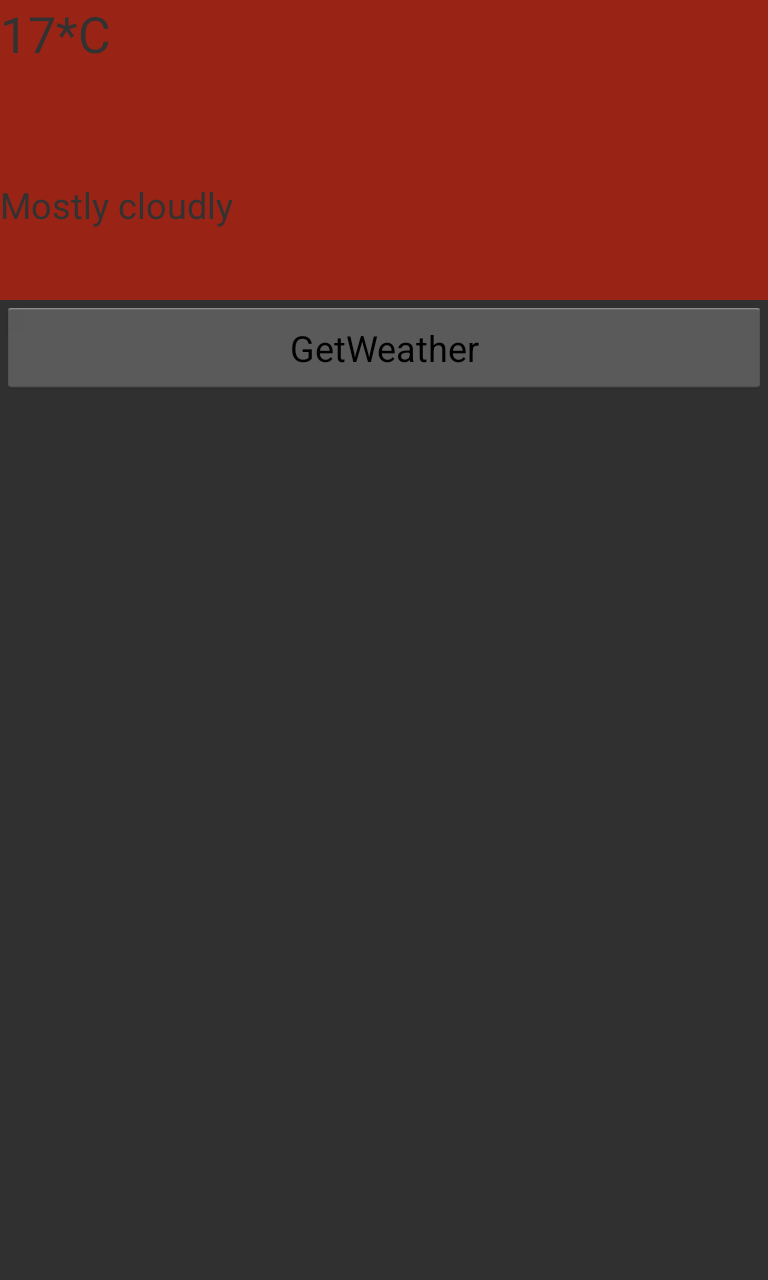
Repository: randhika/WeatherApp
Layout: WeatherApp/res/layout/home_fragment_layout.xml
An editor plug-in stored every save of this project. The layout is shown before and after the next save, followed by the edit.
It is drawn on a 768 x 1280 px phone screen (xhdpi) without system bars, with theme AppTheme; the app's code is not run.

Above is the layout before, as saved 2014-04-27 10:39:40.

After the next save:
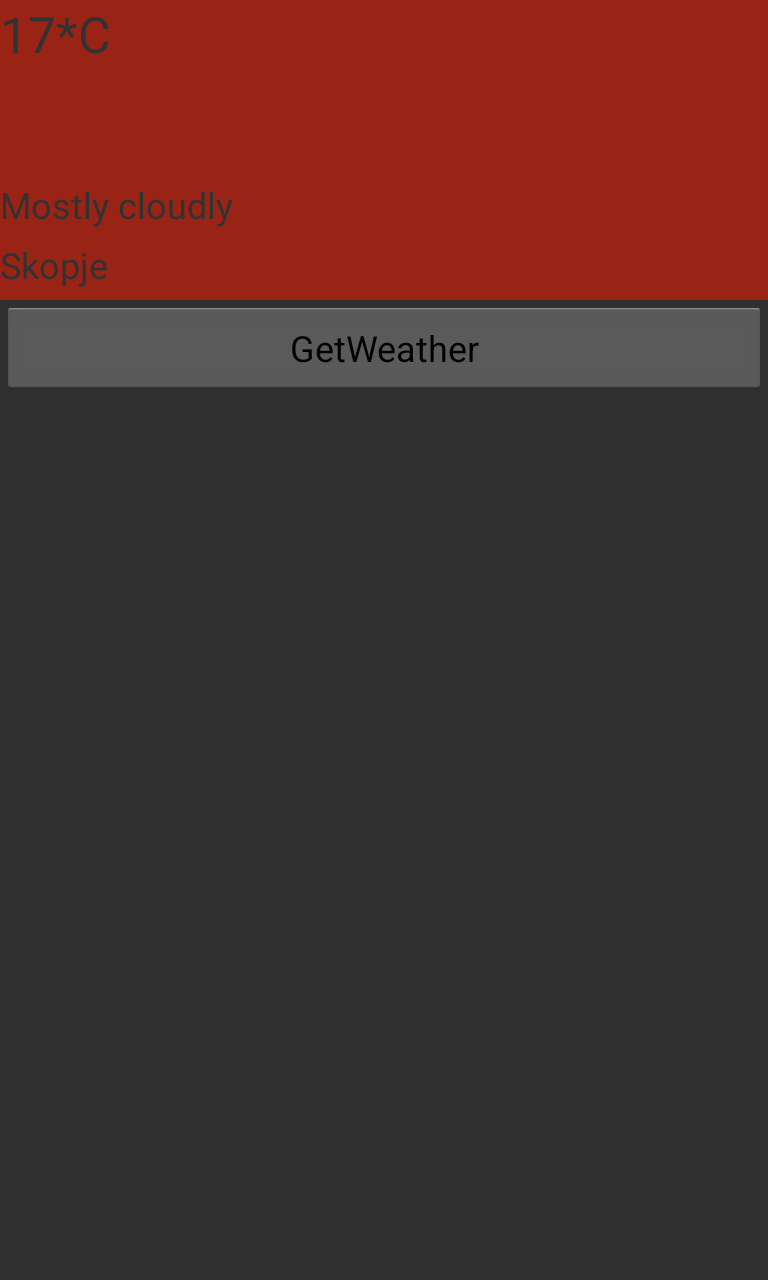
Saved 9 s later.
--- a/WeatherApp/res/layout/home_fragment_layout.xml
+++ b/WeatherApp/res/layout/home_fragment_layout.xml
@@ -34,6 +34,7 @@
             android:layout_width="match_parent"
             android:layout_height="0dp"
             android:textSize="18sp"
+            android:text="Skopje"
             android:layout_gravity="center_vertical"
             android:layout_weight="0.1" />
     </LinearLayout>
